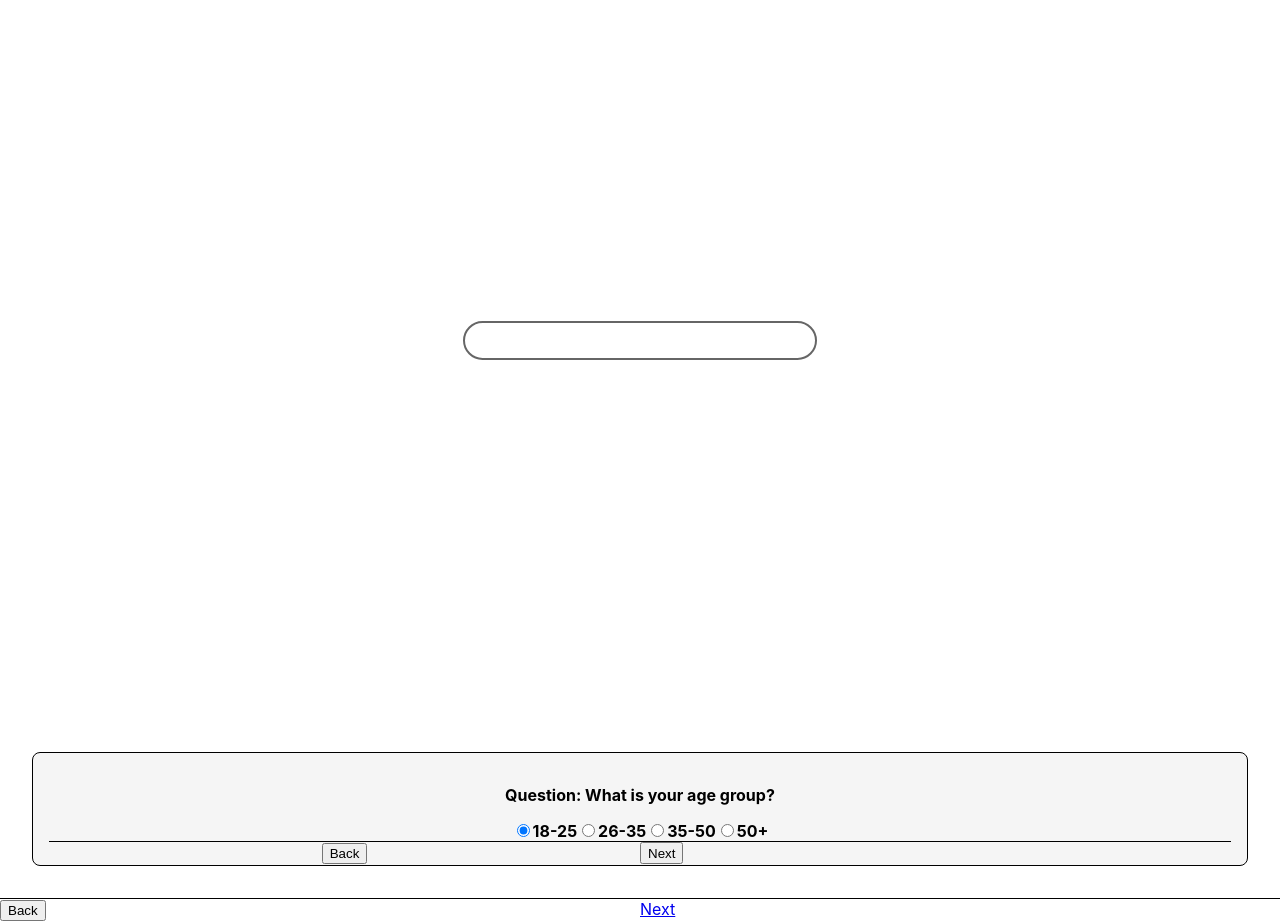
Repository: TheRungtaLibrary/survey
Page: /steps/3
An editor plug-in stored every save of this project. The page is shown before and after the next save, followed by the edit.
The browser window is 1280 px wide. The pictures show the whole page.
The project was rebuilt for these pictures with package versions that can differ from the ones it lists, and the page was loaded fresh each time. Also part of the build but not shown: src/App.css, src/components/Steps/Step1/Step1.js, src/components/Steps/Step2/Step2.js, src/components/Steps/Summary/Summary.scss, src/components/Steps/Summary/Summary.js.

Above is the page before, as saved 2020-03-17 15:30:28.

### src/App.js
import React from 'react';
import {
  BrowserRouter as Router,
  Switch,
  Route
} from "react-router-dom";
import "./App.css";
import {SurveyProvider} from "./contexts/SurveyContext";
import Steps from "./components/Steps/Steps";
import { ProgressBarContainer } from "./components/ProgressBarContainer/ProgressBarContainer";
import NavigationFooter from "./components/NavigationFooter/NavigationFooter";


function App() {
  return (
    <div className="app">
      <Router>
        <Switch>
          <Route path="/">
            <SurveyProvider>
              <ProgressBarContainer />
              <Steps />
              <NavigationFooter />
            </SurveyProvider>
          </Route>
        </Switch>
      </Router>
    </div>
  );

}

export default App;

### src/contexts/SurveyContext.js
import React from "react";
import { useHistory } from "react-router-dom";
import { useStateWithLocalStorage } from "../utils/useStateWithLocalStorage";
const SurveyContext = React.createContext(null);
export const SurveyConsumer = SurveyContext.Consumer;

export function SurveyProvider({children}) {
    const [info, setInfo] = useStateWithLocalStorage("formData");
    let [currentStep, setCurrentStep] = useStateWithLocalStorage("step");
    const history = useHistory();
    const len = 3;

    React.useEffect(() => {
        if(info.length === len) {
            history.push("/steps/summary");
        }
      }, [info]);

    const setSurveyData = (dataObj)  => {
        setInfo([...info, ...dataObj]);
        setCurrentStep(++currentStep);
    }

    const getSurveyData = () => {
        return localStorage.getItem('formData');
    };

    const decreaseSurveyStep = ()  => {
        setCurrentStep(--currentStep);
    }

    const increaseSurveyStep = () => {
        setCurrentStep(++currentStep);
    };

    const getCurrentStep = () => {
        return currentStep;
    };

    const surveyContextValue = {
        getSurveyData,
        setSurveyData,
        increaseSurveyStep,
        decreaseSurveyStep,
        getCurrentStep,
        currentStep
    }

    return (
        <SurveyContext.Provider value={surveyContextValue}>
			{children}
		</SurveyContext.Provider>
    );
}

export default SurveyContext;

### src/components/Steps/Steps.js
import React from 'react';
import {BrowserRouter as Router, Route, Switch} from 'react-router-dom';
import Step1 from './Step1/Step1';
import Step2 from './Step2/Step2';
import Step3 from './Step3/Step3';
import Summary from './Summary/Summary';

/**
* This is the functional component for Home
* @constructor
*/
function Steps(){

	return (
		<Router>
			<div>
                <Switch>
                    <Route exact path='/' component={Step1} />
                    <Route exact path="/steps/2" component={Step2} />
                    <Route exact path="/steps/3" component={Step3} />
                    <Route exact path="/steps/summary" component={Summary} />
                </Switch>
			</div>
		</Router>
	);
}

export default Steps;

### src/components/ProgressBarContainer/ProgressBarContainer.js
import React, {useState, useEffect} from 'react';
import './ProgressBarContainer.css';
import { SurveyConsumer } from "../../contexts/SurveyContext";

// pass percentRange state through props to Range an ProgressBar components
const Range = (props) => {
    return (
        // render current the filled range of progress bar along its width
        <div className="range" style={{width: `${props.percentRange}%`}}/>
    );
};

const ProgressBar = (props) => {
  return (
      <div className="progress-bar">
          {/*render available progress bar’s limit*/}
          <Range percentRange={props.percentRange}/>
      </div>
  );
};


function EffectedFn() {
    const [loading, setLoading] = useState(true);

    useEffect(() => {
      setTimeout(() => {
        setLoading(false);
      }, 1000 * 10);
    });

    return (
      <div>
        {loading && <span>Loading...</span>}
        {!loading && <span>All Done!</span>}
      </div>
    );
  }

export const ProgressBarContainer = () => {
  let [percentRange, setProgress] = useState(0);

  return (

    <SurveyConsumer>
    {({currentStep}) =>
      <div className="container">
        <ProgressBar percentRange={currentStep * 20}/>
        {/* <div className="toggle-buttons">
            <button onClick={() => setProgress(percentRange > 0 ?
                percentRange - 20 : 0)}>Decrease
            </button>
            <button onClick={() => setProgress(percentRange < 100 ?
              percentRange + 20 : 100)}>Increase
            </button>
            <button onClick={() => setProgress(0)}>Reset</button>
        </div> */}
    </div>
    }
  </SurveyConsumer>


  );
};

### src/components/NavigationFooter/NavigationFooter.js
import React from 'react';
import {Link} from 'react-router-dom';
import './NavigationFooter.scss'
import { SurveyConsumer } from '../../contexts/SurveyContext';

/**
 * Calculator component
 */
const NavigationFooter = () => {

    return (

      <SurveyConsumer>
        {({currentStep}) =>
          <form oclassName="input-container panel">
          <div className="nav-footer">
            <div>
              <button>Back</button>
            </div>
            <div>
              <Link to={`/steps/${currentStep+1}`}>Next</Link>
            </div>
          </div>
        </form>
        }
      </SurveyConsumer>
    );
}

export default NavigationFooter;

### src/utils/useStateWithLocalStorage.js
import React from 'react';

export const useStateWithLocalStorage = localStorageKey => {
  const [value, setValue] = React.useState(
    () => JSON.parse(window.localStorage.getItem(localStorageKey)) || ""
  );

  React.useEffect(() => {
    window.localStorage.setItem(localStorageKey, JSON.stringify(value));
  }, [localStorageKey, value]);

  return [value, setValue];
};

### src/components/Steps/Step3/Step3.js
import React from 'react';
import './Step3.scss';
import SurveyContext from '../../../contexts/SurveyContext';

/**
 * Calculator component
 */
const Step3 = () => {
  const [ageGroup, setAgeGroup] = React.useState();
  const surveyContext = React.useContext(SurveyContext);


  /**
   * Handler for submit event for calculator form
   * @param {Event} event
   */
  const onSubmit = () => {
    /**
     * Pass Url to aync data loader in context provider
     */
    surveyContext.setSurveyData([{'ageGroup':ageGroup}]);
  }

  const handleOptionChange = (event) => {
    setAgeGroup(event.target.value);
  }

    return (
      <form onSubmit={onSubmit} className="input-container panel">
        <p>Question: What is your age group?</p>
        <div>
          <input
            type="radio"
            id="ageGroup1"
            name="age"
            value="18-25"
            onChange={handleOptionChange}
            defaultChecked/>
          <label htmlFor="contactChoice1">18-25</label>

          <input
            type="radio"
            id="ageGroup2"
            name="age"
            value="26-35"
            onChange={handleOptionChange}
            />
          <label htmlFor="contactChoice2">26-35</label>

          <input
            type="radio"
            id="ageGroup3"
            name="age"
            value="35-50"
            onChange={handleOptionChange}
            />
          <label htmlFor="contactChoice3">35-50</label>

          <input
            type="radio"
            id="ageGroup4"
            name="age"
            value="51"
            onChange={handleOptionChange}
            />
          <label htmlFor="contactChoice3">50+</label>
        </div>
        <div className="nav-footer">
          <div>
            <button>Back</button>
          </div>
          <button onClick={onSubmit}>Next</button>
        </div>
      </form>
    );
}

export default Step3;

### src/components/ProgressBarContainer/ProgressBarContainer.css


.container {
    display: flex;
    justify-content: center;
    align-items: center;
    flex-direction: column;
    width: 100%;
    height: auto;
}

.progress-bar {
    width: 350px;
    height: 35px;
    border-radius: 50px;
    border: 2px solid #666;
    margin-bottom: 40px;
}

.range {
    background: limegreen;
    height: 100%;
    border-radius: inherit;
    transition: width .3s ease-in;
}

.toggle-buttons button {
    margin: 0 10px;
    padding: 7px 20px;
    border-radius: 5px;
    outline: 0;
    cursor: pointer;
}

.toggle-buttons button:hover {
    color: white;
    background: #666;
}

### src/components/NavigationFooter/NavigationFooter.scss


.container {
    display: flex;
    justify-content: center;
    align-items: center;
    flex-direction: column;
    width: 100%;
    height: 100vh;
}

.progress-bar {
    width: 350px;
    height: 35px;
    border-radius: 50px;
    border: 2px solid #666;
    margin-bottom: 40px;
}

.range {
    background: limegreen;
    height: 100%;
    border-radius: inherit;
    transition: width .3s ease-in;
}

.toggle-buttons button {
    margin: 0 10px;
    padding: 7px 20px;
    border-radius: 5px;
    outline: 0;
    cursor: pointer;
}

.toggle-buttons button:hover {
    color: white;
    background: #666;
}

### src/components/Steps/Step1/Step1.scss
.panel {
    background-color: hsl(0, 0%, 95%);
    border-radius: .5rem;
    height: 5rem;
    border: solid 1px black;
    padding: 2rem;
    margin: 2rem;
    background: #f5f5f5;
    font-weight: bold;
    align-items: center;
  }

.input-container{
  display: flex;
  flex-direction: column;
  text-align: center;
}

.input-container input{
    padding: .5rem .75rem;
    border: solid 1px black;
    border-radius: .15rem;
    text-align: center;
}

.nav-footer {
  width: 100%;
  display: flex;
  border-top: solid 1px black;
  div {
    width: 50%;
  }
}

@media screen and (max-width: 580px) and (min-width: 375px) {
    .calculator-widget {
     display: flex;
     flex-flow: column nowrap;
     justify-content: space-around;
     align-items: center;
  }

  .panel{
    height: 10rem;
  }
}

### src/components/Steps/Step2/Step2.scss
.calculator-widget{
    display: flex;
    flex-direction: row nowrap;
}

.panel {
    background-color: hsl(0, 0%, 95%);
    border-radius: .5rem;
    height: 5rem;
    border: solid 1px black;
    padding: 2rem;
    margin: 2rem;
    background: #f5f5f5;
    font-weight: bold;
    align-items: center;
  }

.input-container{
    flex-grow:1;
    padding: 1rem;
    text-align: center;
}

.input-container input{
    padding: .5rem .75rem;
    border: solid 1px black;
    border-radius: .15rem;
    text-align: center;
}

@media screen and (max-width: 580px) and (min-width: 375px) {
    .calculator-widget {
     display: flex;
     flex-flow: column nowrap;
     justify-content: space-around;
     align-items: center;
  }

  .panel{
    height: 10rem;
  }
}

### src/components/Steps/Step3/Step3.scss
.calculator-widget{
    display: flex;
    flex-direction: row nowrap;
}

.panel {
    background-color: hsl(0, 0%, 95%);
    border-radius: .5rem;
    height: 5rem;
    border: solid 1px black;
    padding: 2rem;
    margin: 2rem;
    background: #f5f5f5;
    font-weight: bold;
    align-items: center;
  }

.input-container{
    flex-grow:1;
    padding: 1rem;
    text-align: center;
}

.input-container input{
    padding: .5rem .75rem;
    border: solid 1px black;
    border-radius: .15rem;
    text-align: center;
}

@media screen and (max-width: 580px) and (min-width: 375px) {
    .calculator-widget {
     display: flex;
     flex-flow: column nowrap;
     justify-content: space-around;
     align-items: center;
  }

  .panel{
    height: 10rem;
  }
}

Loaded but not shown: public/index.html (common file); src/index.js (common file); src/index.css (common file); src/serviceWorker.js (common file)

After the next save:
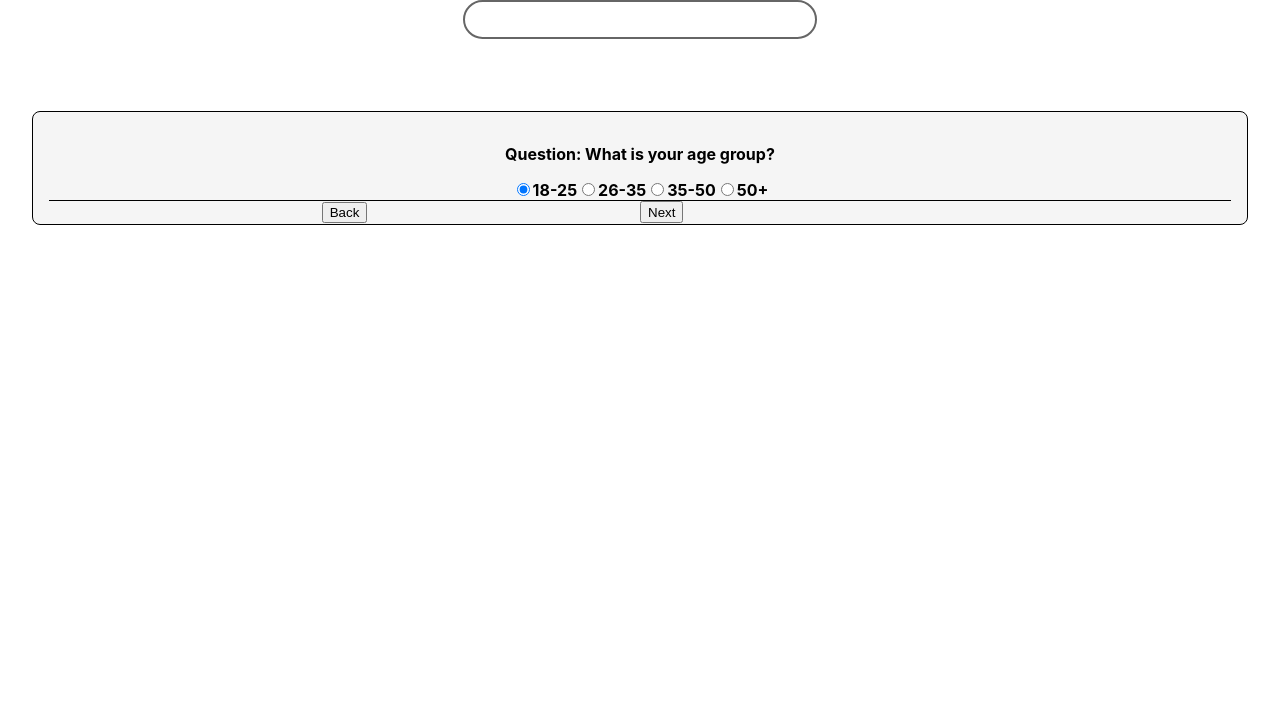
Saved 74 s later.
--- a/src/App.js
+++ b/src/App.js
@@ -8,7 +8,7 @@ import "./App.css";
 import {SurveyProvider} from "./contexts/SurveyContext";
 import Steps from "./components/Steps/Steps";
 import { ProgressBarContainer } from "./components/ProgressBarContainer/ProgressBarContainer";
-import NavigationFooter from "./components/NavigationFooter/NavigationFooter";
+//import NavigationFooter from "./components/NavigationFooter/NavigationFooter";
 
 
 function App() {
@@ -20,7 +20,6 @@ function App() {
             <SurveyProvider>
               <ProgressBarContainer />
               <Steps />
-              <NavigationFooter />
             </SurveyProvider>
           </Route>
         </Switch>
